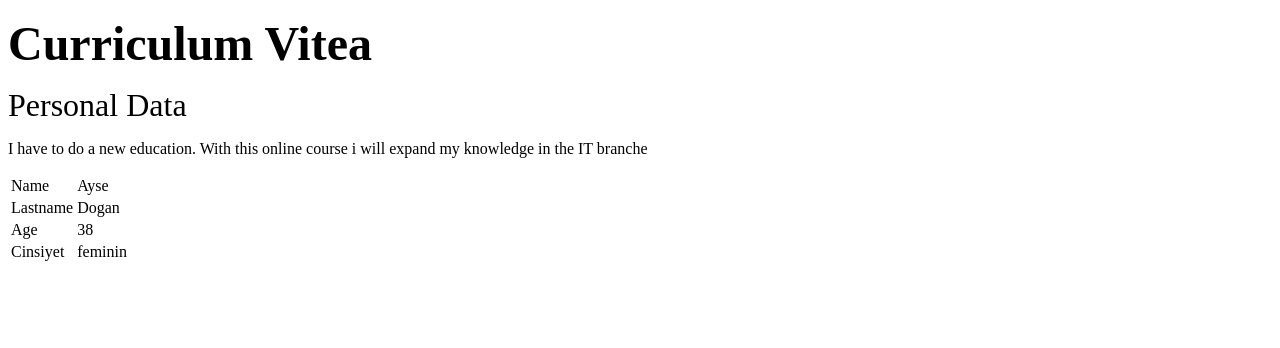
Repository: aysedo/html
Page: Week_2/profile/index.html
These files come from the project's save history. The page is drawn as it stood at one moment and after the next save; the edit follows.
The browser window is 1280 px wide. The pictures show the whole page.

Above is the page before, as saved 2021-08-25 21:07:19.

### Week_2/profile/index.html
<!DOCTYPE html>
<html lang="en">
  <head>
    <meta charset="UTF-8" />
    <meta http-equiv="X-UA-Compatible" content="IE=edge" />
    <meta name="viewport" content="width=device-width, initial-scale=1.0" />
    <title>Document</title>
  </head>
  <body>
    <titel>
      <p align="center" ></p><b><font size="11">Curriculum Vitea </font></b></p></titel>
      <p> <font size="6">Personal Data</font></p>
      <table>
        <tr>
          <td> Name  </td>
          <td> Ayse </td>
          <tr>
          <td> Lastname </td>
          <td> Dogan </td>
          </tr>
          <td> Age </td>
          <td> 38 </td>
          <tr>
          <td>Cinsiyet</td>
          <td>feminin</td>
          <tr/>
          <p>I have to do a new education. With this online course i will expand my knowledge in the IT branche</p>

          <address> </address>
        </tr>
      </table>

  </body>
</html>

After the next save:
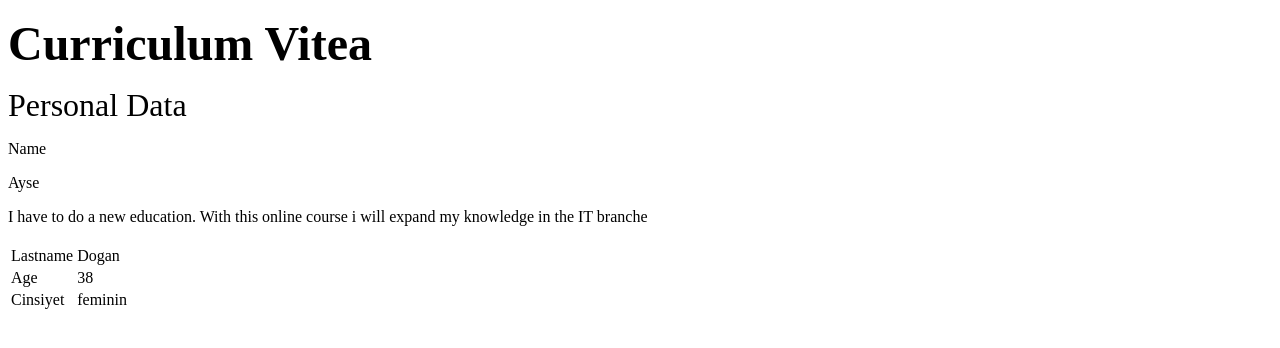
Saved 3 min 41 s later.
--- a/Week_2/profile/index.html
+++ b/Week_2/profile/index.html
@@ -12,8 +12,8 @@
       <p> <font size="6">Personal Data</font></p>
       <table>
         <tr>
-          <td> Name  </td>
-          <td> Ayse </td>
+          <p> Name </p>
+          <p> Ayse </p>
           <tr>
           <td> Lastname </td>
           <td> Dogan </td>
